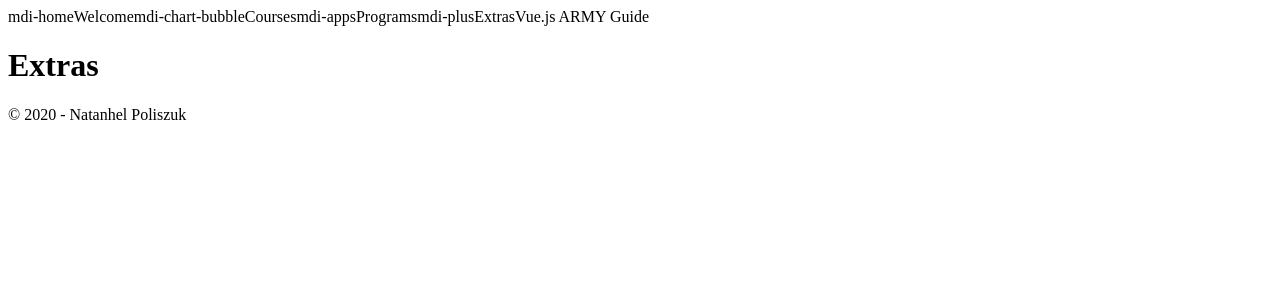
Repository: Natanhel/zvguide
Page: /Extras
An editor plug-in stored every save of this project. The page is shown before and after the next save, followed by the edit.
The browser window is 1280 px wide. The pictures show the whole page.
The project was rebuilt for these pictures with package versions that can differ from the ones it lists, and the page was loaded fresh each time. The framework's server and built-in components were replaced by stand-ins that run in the browser. Also part of the build but not shown: layouts/error.vue.

Above is the page before, as saved 2020-03-21 11:54:32.

### layouts/default.vue
<template>
  <v-app dark>
    <v-navigation-drawer
      v-model="drawer"
      :mini-variant="miniVariant"
      :clipped="clipped"
      fixed
      app
    >
      <v-list>
        <v-list-item
          v-for="(item, i) in items"
          :key="i"
          :to="item.to"
          router
          exact
        >
          <v-list-item-action>
            <v-icon>{{ item.icon }}</v-icon>
          </v-list-item-action>
          <v-list-item-content>
            <v-list-item-title v-text="item.title" />
          </v-list-item-content>
        </v-list-item>
      </v-list>
    </v-navigation-drawer>
    <v-app-bar
      :clipped-left="clipped"
      fixed
      app
    >
      <v-app-bar-nav-icon @click.stop="drawer = !drawer" />
      <!-- <v-btn
        icon
        @click.stop="miniVariant = !miniVariant"
      >
        <v-icon>mdi-{{ `chevron-${miniVariant ? 'right' : 'left'}` }}</v-icon>
      </v-btn>
      <v-btn
        icon
        @click.stop="clipped = !clipped"
      >
        <v-icon>mdi-application</v-icon>
      </v-btn>
      <v-btn
        icon
        @click.stop="fixed = !fixed"
      >
        <v-icon>mdi-minus</v-icon>
      </v-btn> -->
      <v-toolbar-title v-text="title" />
      <v-spacer />
      <!-- <v-btn
        icon
        @click.stop="rightDrawer = !rightDrawer"
      >
        <v-icon>mdi-menu</v-icon>
      </v-btn> -->
    </v-app-bar>
    <v-content>
      <v-container>
        <nuxt />
      </v-container>
    </v-content>
    <!-- <v-navigation-drawer
      v-model="rightDrawer"
      :right="right"
      temporary
      fixed
    >
      <v-list>
        <v-list-item @click.native="right = !right">
          <v-list-item-action>
            <v-icon light>
              mdi-repeat
            </v-icon>
          </v-list-item-action>
          <v-list-item-title>Switch drawer (click me)</v-list-item-title>
        </v-list-item>
      </v-list>
    </v-navigation-drawer> -->
    <v-footer
      :fixed="fixed"
      app
    >
      <span>&copy; {{ new Date().getFullYear() }} - Natanhel Poliszuk</span>
    </v-footer>
  </v-app>
</template>

<script>
export default {
  name: 'Default',
  data () {
    return {
      clipped: false,
      drawer: false,
      fixed: false,
      items: [
        {
          icon: 'mdi-home',
          title: 'Welcome',
          to: '/'
        },
        {
          icon: 'mdi-chart-bubble',
          title: 'Courses',
          to: '/courses'
        },
        {
          icon: 'mdi-apps',
          title: 'Programs',
          to: '/programs'
        },
        {
          icon: 'mdi-plus',
          title: 'Extras',
          to: '/extras'
        }
      ],
      miniVariant: false,
      right: false,
      rightDrawer: false,
      title: 'Vue.js ARMY Guide'
    }
  }
}
</script>

### pages/Extras.vue
<template>
  <div>
    <h1>Extras</h1>
    <v-card>
      <a v-for="link in links" :key="link" :href="link" />
    </v-card>
  </div>
</template>

<script>
export default {
  data () {
    return {
      links: ['https://www.vuemastery.com/pdf/Vue-Essentials-Cheat-Sheet.pdf']
    }
  }
}
</script>

After the next save:
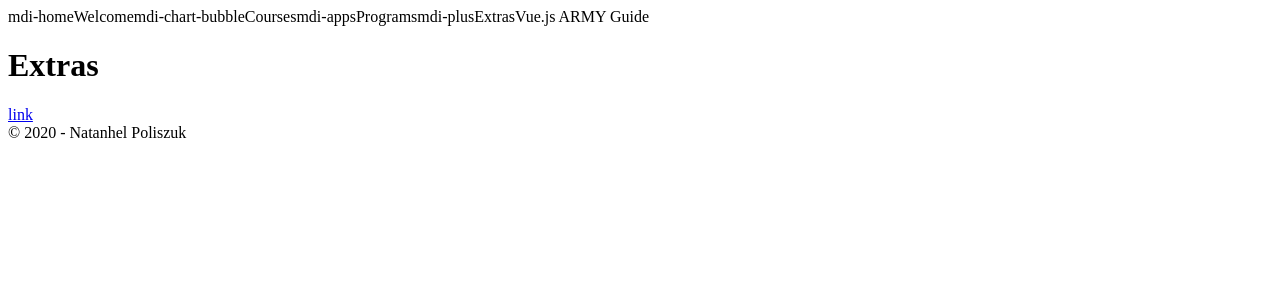
Saved 34 s later.
--- a/pages/Extras.vue
+++ b/pages/Extras.vue
@@ -2,7 +2,7 @@
   <div>
     <h1>Extras</h1>
     <v-card>
-      <a v-for="link in links" :key="link" :href="link" />
+      <a v-for="link in links" :key="link" :href="link">link</a>
     </v-card>
   </div>
 </template>
